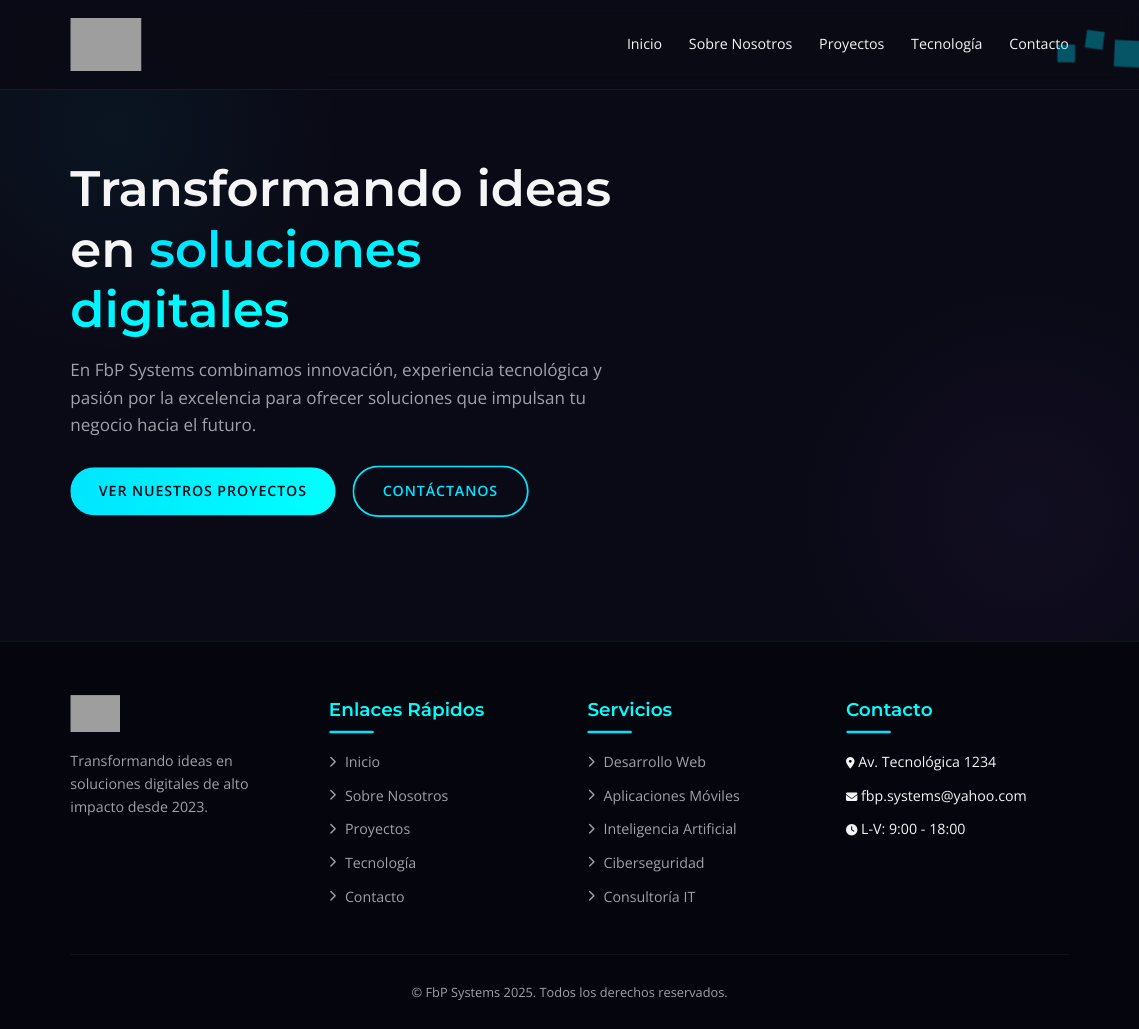
Repository: FabriDevelope/fbp-system
Page: index.html
The author's editor kept a copy of each file at every save. The page is drawn from the files as they stood at one save, then again after the next save.
The browser window is 1280 px wide. The pictures show the whole page, at 89% of full size.
Pictures or frames that could not be fetched are drawn as grey boxes.

Above is the page before, as saved 2025-08-01 17:21:38.
Not found: js/main.js

After the next save:
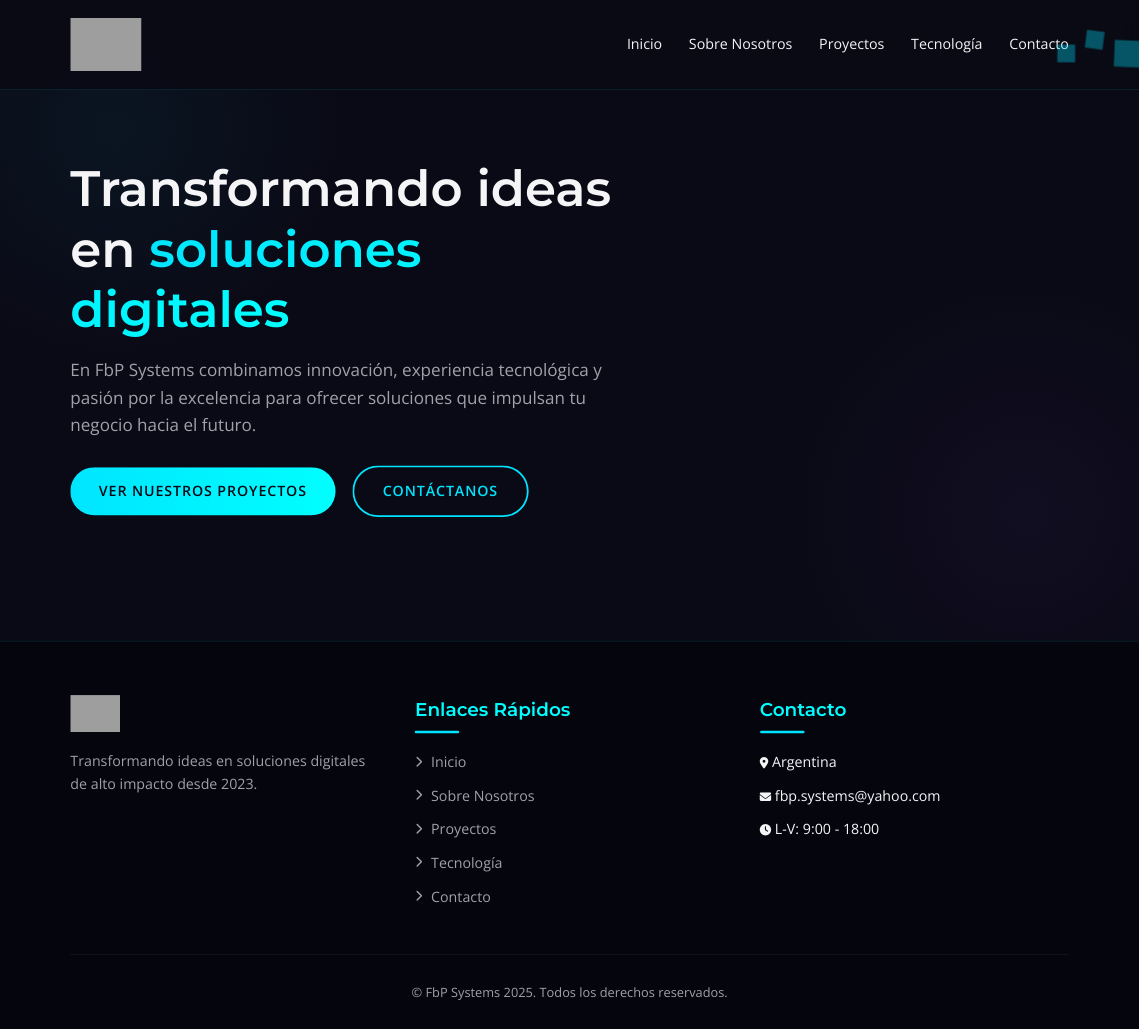
Saved 9 s later.
--- a/index.html
+++ b/index.html
@@ -73,19 +73,9 @@
                     </ul>
                 </div>
                 <div class="footer-col">
-                    <h4>Servicios</h4>
-                    <ul class="footer-links">
-                        <li><a href="#"><i class="fas fa-chevron-right"></i> Desarrollo Web</a></li>
-                        <li><a href="#"><i class="fas fa-chevron-right"></i> Aplicaciones Móviles</a></li>
-                        <li><a href="#"><i class="fas fa-chevron-right"></i> Inteligencia Artificial</a></li>
-                        <li><a href="#"><i class="fas fa-chevron-right"></i> Ciberseguridad</a></li>
-                        <li><a href="#"><i class="fas fa-chevron-right"></i> Consultoría IT</a></li>
-                    </ul>
-                </div>
-                <div class="footer-col">
                     <h4>Contacto</h4>
                     <ul class="footer-links">
-                        <li><i class="fas fa-map-marker-alt"></i> Av. Tecnológica 1234</li>
+                        <li><i class="fas fa-map-marker-alt"></i> Argentina</li>
                         <li><i class="fas fa-envelope"></i> fbp.systems@yahoo.com</li>
                         <li><i class="fas fa-clock"></i> L-V: 9:00 - 18:00</li>
                     </ul>
